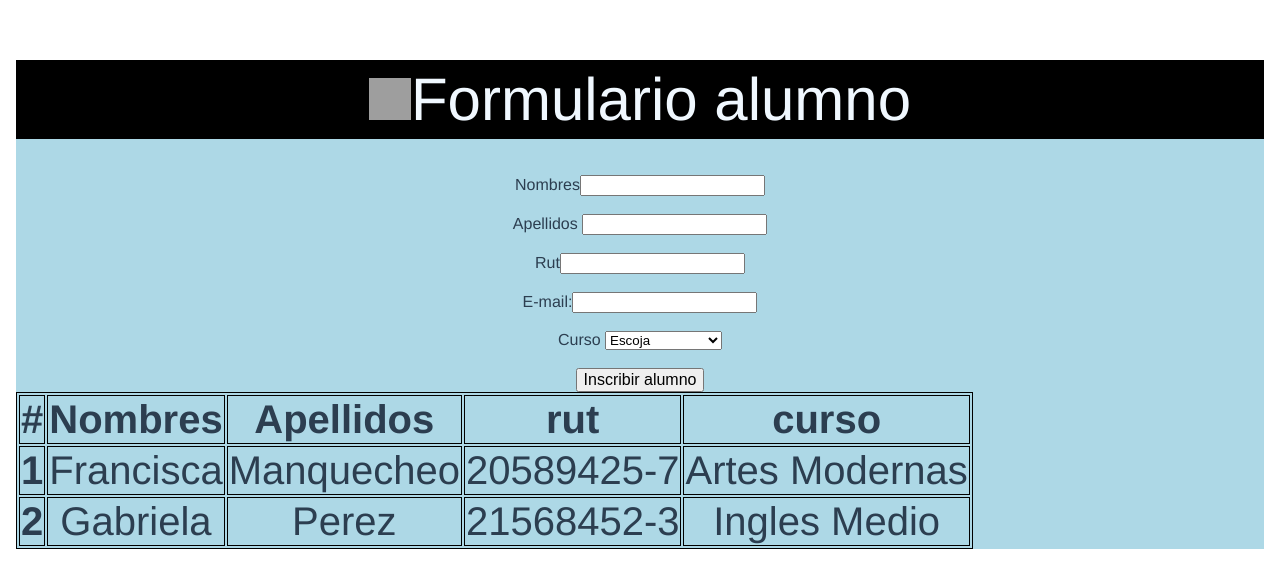
Repository: franciscamanquecheo/Tarea6ET
Page: / (app in my-project/)
The author's editor kept a copy of each file at every save. The page is drawn from the files as they stood at one save, then again after the next save.
The browser window is 1280 px wide. The pictures show the whole page.
Pictures or frames that could not be fetched are drawn as grey boxes. The project was rebuilt for these pictures with package versions that can differ from the ones it lists, and the page was loaded fresh each time. Also part of the build but not shown: my-project/vue.config.js.

Above is the page before, as saved 2022-06-19 23:48:35.

### my-project/src/App.vue
<template>

  <HelloWorld msg="Welcome to Your Vue.js App"/>
</template>

<script>
import HelloWorld from './components/HelloWorld.vue'

export default {
  name: 'App',
  components: {
    HelloWorld
  }
}
</script>

<style>
#app {
  font-family: Avenir, Helvetica, Arial, sans-serif;
  -webkit-font-smoothing: antialiased;
  -moz-osx-font-smoothing: grayscale;
  text-align: center;
  color: #2c3e50;
  margin-top: 60px;
}
</style>

### my-project/src/components/HelloWorld.vue

/*use eslint-disable */
<template>
  <body>
     <div>


       <a href="pagPrincipal.html">
      <img src="\my-project\src\assets\home.png" style="width:42px;height:42px;">
      </a>
      <span>Formulario alumno</span>

     </div>

  <form>
        <br><br>
          <label for="exampleInputEmail1">Nombres</label>
          <input type="email" class="form-control" id="exampleInputEmail1" aria-describedby="emailHelp"><br><br>
          <label for="fname">Apellidos </label>
          <input type="text" id="name" name="name" ><br><br>
          <label for="exampleInputPassword1" class="form-label">Rut</label>
          <input type="password" class="form-control" id="exampleInputPassword1"><br><br>
          <label for="lname">E-mail:</label>
          <input type="text" id="correo" name="correo">
          <br>
          <br>
          <label for="fname">Curso </label>
          <select name="name-cursos" id="Cursos">
            <option value="rigatoni">Escoja</option>
           <option value="rigatoni">Artes modernas</option>
            <option value="rigatoni">Lengua</option>
             <option value="rigatoni">Baile artistico</option>
              <option value="rigatoni">Ingles Medio</option>
          </select>



          <br><br>
          <button type="submit" class="btn btn-primary">Inscribir alumno</button>

      </form>
      <table class="table">
    <thead>
    <tr>
      <th scope="col">#</th>
      <th scope="col">Nombres</th>
      <th scope="col">Apellidos</th>
      <th scope="col">rut</th>
      <th scope="col">curso</th>

    </tr>
    </thead>
    <tbody>

    <tr>
      <th scope="row">1</th>
      <td >Francisca</td>
      <td>Manquecheo</td>
      <td>20589425-7</td>
      <td>Artes Modernas</td>
    </tr>
       <tr>
      <th scope="row">2</th>
      <td >Gabriela</td>
      <td>Perez</td>
      <td>21568452-3</td>
      <td>Ingles Medio</td>
    </tr>
    </tbody>
  </table>
  </body>

</template>

<script>
export default {

  name: 'HelloWorld',
  props: {
    msg: String
  }
}
</script>

<!-- Add "scoped" attribute to limit CSS to this component only -->
//<style scoped>
body {
    background-color: lightblue;
  }
  img{
    text-align: left;

  }
  span{
    color: aliceblue; font-size: 60px;
    text-align: center;

  }
  div{

    background-color: black;
            padding: 5px;
            font-size: 20px;

  }
  button{
    font-size: medium;
  }

   table,th,td{
     border:1px solid black;
    font-size: 40px;
  }

  form{
    text-align: center;
  }
  .table{
    font-size: 40px;
  }
</style>

Loaded but not shown: my-project/public/index.html (common file); my-project/src/main.js (common file)

After the next save:
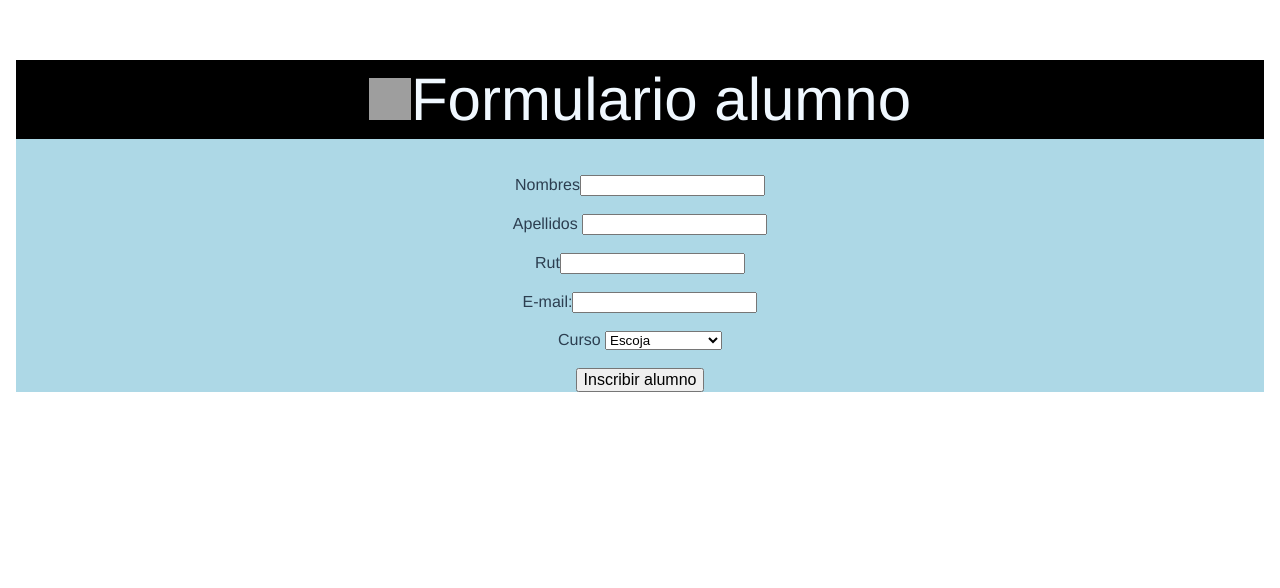
Saved 62 s later.
--- a/my-project/src/components/HelloWorld.vue
+++ b/my-project/src/components/HelloWorld.vue
@@ -5,7 +5,7 @@
      <div>
 
 
-       <a href="pagPrincipal.html">
+       <a href="table.html">
       <img src="\my-project\src\assets\home.png" style="width:42px;height:42px;">
       </a>
       <span>Formulario alumno</span>
@@ -37,37 +37,7 @@
 
           <br><br>
           <button type="submit" class="btn btn-primary">Inscribir alumno</button>
-
-      </form>
-      <table class="table">
-    <thead>
-    <tr>
-      <th scope="col">#</th>
-      <th scope="col">Nombres</th>
-      <th scope="col">Apellidos</th>
-      <th scope="col">rut</th>
-      <th scope="col">curso</th>
-
-    </tr>
-    </thead>
-    <tbody>
-
-    <tr>
-      <th scope="row">1</th>
-      <td >Francisca</td>
-      <td>Manquecheo</td>
-      <td>20589425-7</td>
-      <td>Artes Modernas</td>
-    </tr>
-       <tr>
-      <th scope="row">2</th>
-      <td >Gabriela</td>
-      <td>Perez</td>
-      <td>21568452-3</td>
-      <td>Ingles Medio</td>
-    </tr>
-    </tbody>
-  </table>
+</form>
   </body>
 
 </template>
@@ -107,10 +77,7 @@ body {
     font-size: medium;
   }
 
-   table,th,td{
-     border:1px solid black;
-    font-size: 40px;
-  }
+
 
   form{
     text-align: center;
